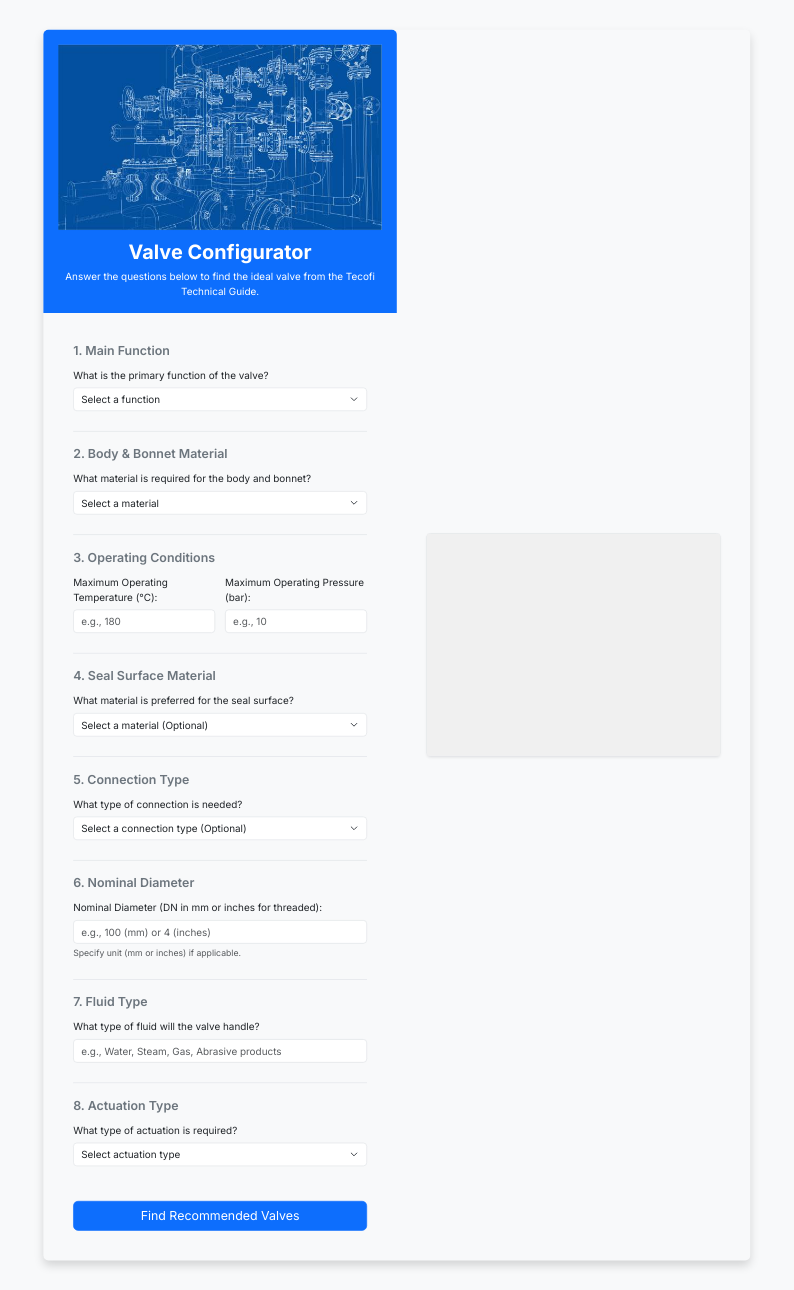
Repository: mauriciodelopez/Valve_config_II
Page: index.html
An editor plug-in stored every save of this project. The page is shown before and after the next save, followed by the edit.
The browser window is 1280 px wide. The pictures show the whole page, at 62% of full size.

Above is the page before, as saved 2025-07-21 15:41:13.

### index.html
<!DOCTYPE html>
<html lang="en">
<head>
    <meta charset="UTF-8">
    <meta name="viewport" content="width=device-width, initial-scale=1.0">
    <title>Valve Configurator</title>
    <!-- Bootstrap CSS CDN for styling -->
    <link href="https://cdn.jsdelivr.net/npm/bootstrap@5.3.3/dist/css/bootstrap.min.css" rel="stylesheet">
    <!-- Custom CSS file (for any specific overrides or additions) -->
    <link rel="stylesheet" href="style.css">
    <link href="https://fonts.googleapis.com/css2?family=Inter:wght@400;500;600;700&display=swap" rel="stylesheet">
    <!-- Three.js CDN for 3D rendering -->
    <script src="https://cdnjs.cloudflare.com/ajax/libs/three.js/r128/three.min.js"></script>
    <!-- OrbitControls for interactive camera movement -->
    <script src="https://cdn.jsdelivr.net/npm/three@0.128.0/examples/js/controls/OrbitControls.js"></script>
</head>
<body class="bg-light d-flex align-items-center justify-content-center min-vh-100 py-4">
    <div class="container my-4 p-0 shadow rounded-3">
        <div class="row g-0"> <!-- Use Bootstrap row for horizontal alignment on larger screens -->

            <!-- Form Column -->
            <div class="col-12 col-lg-6"> <!-- Takes full width on small, half on large screens -->
                <div class="bg-primary text-white p-4 rounded-top-3 rounded-lg-end-0">
                    <!-- Image added here -->
                    <div class="text-center mb-3">
                        <img src="logo planta web configurateur.jpg" alt="Company Logo" class="img-fluid">
                    </div>
                    <h1 class="text-center mb-2 fs-2 fw-bold">Valve Configurator</h1>
                    <p class="text-center mb-0 fs-6">
                        Answer the questions below to find the ideal valve from the Tecofi Technical Guide.
                    </p>
                </div>

                <form id="valveConfiguratorForm" class="p-4 p-md-5 needs-validation" novalidate>
                    <!-- Section 1: Main Function -->
                    <div class="mb-4 pb-3 border-bottom">
                        <h2 class="fs-5 fw-semibold text-secondary mb-3">1. Main Function</h2>
                        <div class="mb-3">
                            <label for="mainFunction" class="form-label mb-2">What is the primary function of the valve?</label>
                            <select id="mainFunction" name="mainFunction" class="form-select" required>
                                <option value="">Select a function</option>
                                <option value="on_off">On/Off (Sectionner un écoulement)</option>
                                <option value="regulation">Regulation (Assurer un réglage)</option>
                                <option value="on_off_regulation">On/Off & Regulation (Sectionner un écoulement et assurer un réglage)</option>
                            </select>
                            <div class="invalid-feedback">
                                Please select a main function.
                            </div>
                        </div>
                    </div>

                    <!-- Section 2: Material (Body & Bonnet) -->
                    <div class="mb-4 pb-3 border-bottom">
                        <h2 class="fs-5 fw-semibold text-secondary mb-3">2. Body & Bonnet Material</h2>
                        <div class="mb-3">
                            <label for="bodyBonnetMaterial" class="form-label mb-2">What material is required for the body and bonnet?</label>
                            <select id="bodyBonnetMaterial" name="bodyBonnetMaterial" class="form-select" required>
                                <option value="">Select a material</option>
                                <option value="cast_iron">Cast Iron (Fonte Grise)</option>
                                <option value="ductile_iron">Ductile Iron (Fonte GS)</option>
                                <option value="carbon_steel">Carbon Steel (Acier au Carbone)</option>
                                <option value="stainless_steel">Stainless Steel (Inox 304-316)</option>
                                <option value="stainless_steel_310">Stainless Steel (Inox 310)</option>
                                <option value="brass">Brass (Laiton)</option>
                                <option value="bronze">Bronze</option>
                                <option value="duplex_super_duplex">Duplex / Super Duplex</option>
                                <option value="plastic">Plastic (PVC, PP)</option>
                            </select>
                            <div class="invalid-feedback">
                                Please select a body and bonnet material.
                            </div>
                        </div>
                    </div>

                    <!-- Section 3: Operating Conditions -->
                    <div class="mb-4 pb-3 border-bottom">
                        <h2 class="fs-5 fw-semibold text-secondary mb-3">3. Operating Conditions</h2>
                        <div class="row g-3 mb-3">
                            <div class="col-md-6">
                                <label for="temperature" class="form-label mb-2">Maximum Operating Temperature (°C):</label>
                                <input type="number" id="temperature" name="temperature" min="-200" max="850" placeholder="e.g., 180" class="form-control" required>
                                <div class="invalid-feedback">
                                    Please enter a valid temperature.
                                </div>
                            </div>
                            <div class="col-md-6">
                                <label for="pressure" class="form-label mb-2">Maximum Operating Pressure (bar):</label>
                                <input type="number" id="pressure" name="pressure" min="0" max="400" placeholder="e.g., 10" class="form-control" required>
                                <div class="invalid-feedback">
                                    Please enter a valid pressure.
                                </div>
                            </div>
                        </div>
                    </div>

                    <!-- Section 4: Seal Surface Material -->
                    <div class="mb-4 pb-3 border-bottom">
                        <h2 class="fs-5 fw-semibold text-secondary mb-3">4. Seal Surface Material</h2>
                        <div class="mb-3">
                            <label for="sealSurfaceMaterial" class="form-label mb-2">What material is preferred for the seal surface?</label>
                            <select id="sealSurfaceMaterial" name="sealSurfaceMaterial" class="form-select">
                                <option value="">Select a material (Optional)</option>
                                <option value="elastomer">Elastomer</option>
                                <option value="ptfe">PTFE (Teflon®)</option>
                                <option value="rubber_seal">Rubber Seal (Membrane Caoutchouc)</option>
                                <option value="copper_alloys">Copper Alloys (Laiton-Bronze)</option>
                                <option value="stainless_steel_seal">Stainless Steel (Acier Inox)</option>
                                <option value="stellite">Stellite</option>
                            </select>
                        </div>
                    </div>

                    <!-- Section 5: Connection Type -->
                    <div class="mb-4 pb-3 border-bottom">
                        <h2 class="fs-5 fw-semibold text-secondary mb-3">5. Connection Type</h2>
                        <div class="mb-3">
                            <label for="connectionType" class="form-label mb-2">What type of connection is needed?</label>
                            <select id="connectionType" name="connectionType" class="form-select">
                                <option value="">Select a connection type (Optional)</option>
                                <option value="threaded">Threaded (Taraudé)</option>
                                <option value="flanged">Flanged (À bride)</option>
                                <option value="socket_welding">Socket Welding (Soudage emboitement)</option>
                                <option value="butt_welding">Butt Welding (Soudage bout à bout)</option>
                            </select>
                        </div>
                    </div>

                    <!-- Section 6: Nominal Diameter -->
                    <div class="mb-4 pb-3 border-bottom">
                        <h2 class="fs-5 fw-semibold text-secondary mb-3">6. Nominal Diameter</h2>
                        <div class="mb-3">
                            <label for="nominalDiameter" class="form-label mb-2">Nominal Diameter (DN in mm or inches for threaded):</label>
                            <input type="text" id="nominalDiameter" name="nominalDiameter" placeholder="e.g., 100 (mm) or 4 (inches)" class="form-control">
                            <div class="form-text text-muted mt-1">Specify unit (mm or inches) if applicable.</div>
                        </div>
                    </div>

                    <!-- Section 7: Fluid Type -->
                    <div class="mb-4 pb-3 border-bottom">
                        <h2 class="fs-5 fw-semibold text-secondary mb-3">7. Fluid Type</h2>
                        <div class="mb-3">
                            <label for="fluidType" class="form-label mb-2">What type of fluid will the valve handle?</label>
                            <input type="text" id="fluidType" name="fluidType" placeholder="e.g., Water, Steam, Gas, Abrasive products" class="form-control">
                        </div>
                    </div>

                    <!-- Section 8: Actuation Type -->
                    <div class="mb-4 pb-3">
                        <h2 class="fs-5 fw-semibold text-secondary mb-3">8. Actuation Type</h2>
                        <div class="mb-3">
                            <label for="actuationType" class="form-label mb-2">What type of actuation is required?</label>
                            <select id="actuationType" name="actuationType" class="form-select" required>
                                <option value="">Select actuation type</option>
                                <option value="manual">Manual</option>
                                <option value="electric">Electric</option>
                                <option value="pneumatic">Pneumatic</option>
                            </select>
                            <div class="invalid-feedback">
                                Please select an actuation type.
                            </div>
                        </div>
                    </div>

                    <div class="d-grid mt-4">
                        <button type="submit" class="btn btn-primary btn-lg">
                            Find Recommended Valves
                        </button>
                    </div>
                </form>

                <div id="results" class="p-4 p-md-5 bg-light rounded-bottom-3 shadow-sm d-none">
                    <h2 class="fs-5 fw-semibold text-secondary mb-3">Recommended Valve Types:</h2>
                    <ul id="valveList" class="list-unstyled text-dark">
                        <!-- Results will be dynamically inserted here -->
                    </ul>
                    <p id="noResultsMessage" class="text-muted fst-italic d-none">No specific recommendations found based on your criteria. Please adjust your selections or contact Tecofi directly.</p>
                </div>
            </div>

            <!-- 3D Viewer Column -->
            <div class="col-12 col-lg-6 d-flex align-items-center justify-content-center p-4 p-md-5">
                <div id="container3D" class="bg-light d-flex align-items-center justify-content-center text-muted fs-5 rounded shadow-sm w-100" style="min-height: 300px; height: 50vh; max-height: 600px; border: 1px solid #dee2e6;">
                    Select valve options to visualize the 3D model.
                </div>
            </div>

        </div> <!-- End of row -->
    </div> <!-- End of container -->

    <!-- Bootstrap Bundle with Popper -->
    <script src="https://cdn.jsdelivr.net/npm/bootstrap@5.3.3/dist/js/bootstrap.bundle.min.js"></script>
    <!-- Link to the external JavaScript file -->
    <script src="script.js"></script>
</body>
</html>

### style.css
/* style.css */

/* Custom font import (if not using Bootstrap's default) */
body {
    font-family: 'Inter', sans-serif;
}

/* Ensure the main container has rounded corners on all sides */
.container.rounded-3 {
    border-radius: 0.5rem !important; /* Adjust if needed */
}

/* Remove bottom rounding from the header when it's part of a column that's not the last */
.rounded-lg-end-0 {
    border-bottom-right-radius: 0 !important;
}

/* Adjust 3D container height for very small screens if needed, though min-height and 50vh should cover most cases */
@media (max-width: 575.98px) { /* Extra small devices (portrait phones) */
    #container3D {
        min-height: 250px; /* Slightly smaller minimum height for very narrow screens */
        height: 40vh; /* Adapt to viewport height */
    }
}

Loaded but not shown: script.js (485 lines, source omitted)

After the next save:
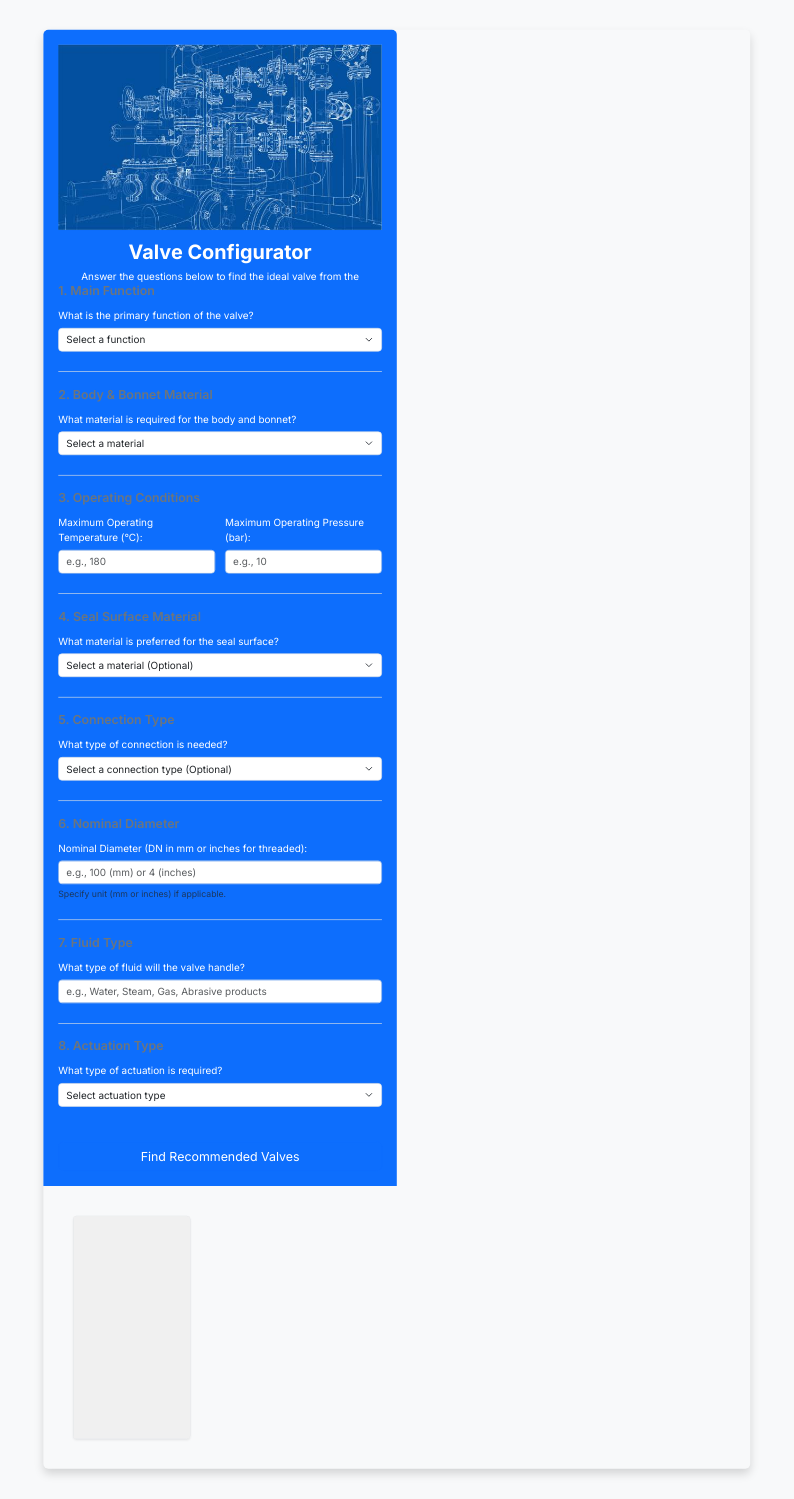
Console error: TypeError: Cannot read properties of null (reading 'addEventListener')
Saved 27 s later.
--- a/index.html
+++ b/index.html
@@ -27,7 +27,7 @@
                     </div>
                     <h1 class="text-center mb-2 fs-2 fw-bold">Valve Configurator</h1>
                     <p class="text-center mb-0 fs-6">
-                        Answer the questions below to find the ideal valve from the Tecofi Technical Guide.
+                        Answer the questions below to find the ideal valve from the <!--Tecofi Technical Guide.
                     </p>
                 </div>
 

After the save that followed:
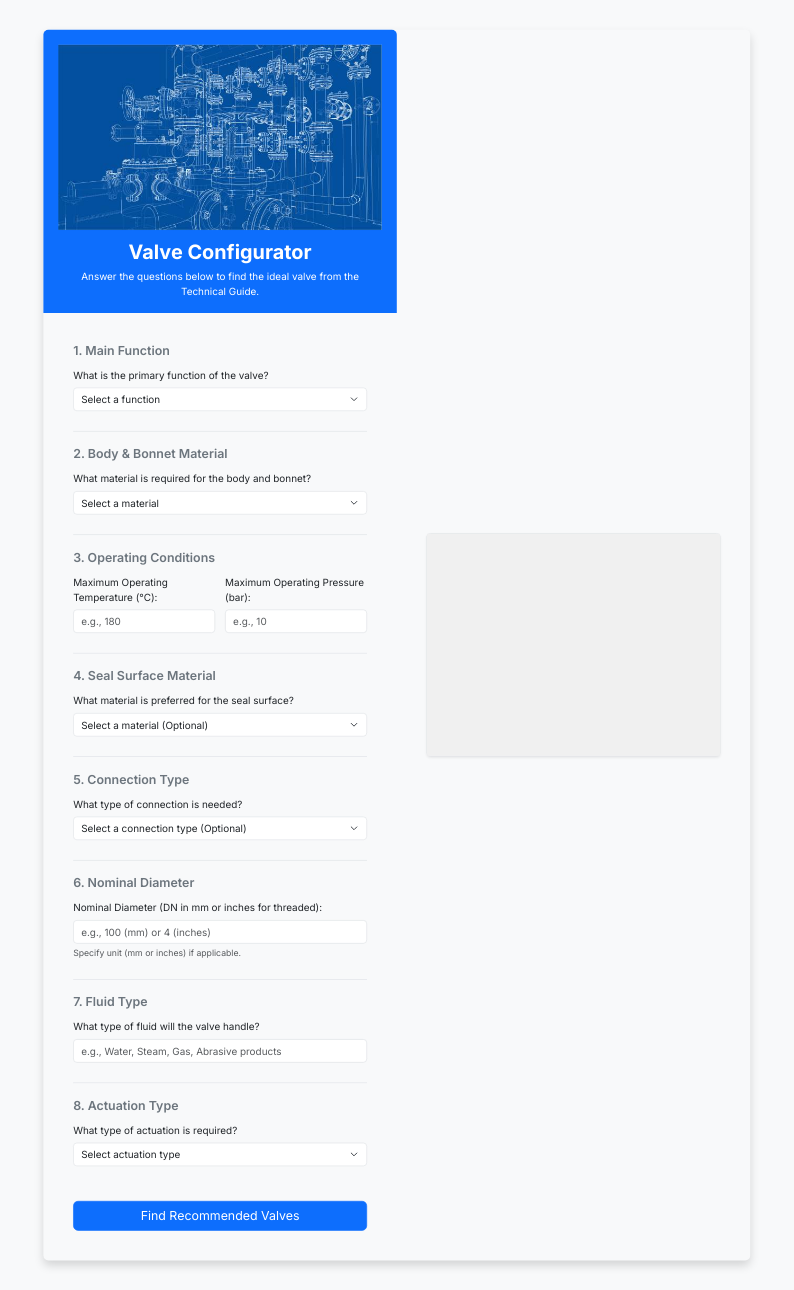
The error is gone.
Saved 8 s later.
--- a/index.html
+++ b/index.html
@@ -27,7 +27,7 @@
                     </div>
                     <h1 class="text-center mb-2 fs-2 fw-bold">Valve Configurator</h1>
                     <p class="text-center mb-0 fs-6">
-                        Answer the questions below to find the ideal valve from the <!--Tecofi Technical Guide.
+                        Answer the questions below to find the ideal valve from the <!--Tecofi--> Technical Guide.
                     </p>
                 </div>
 
